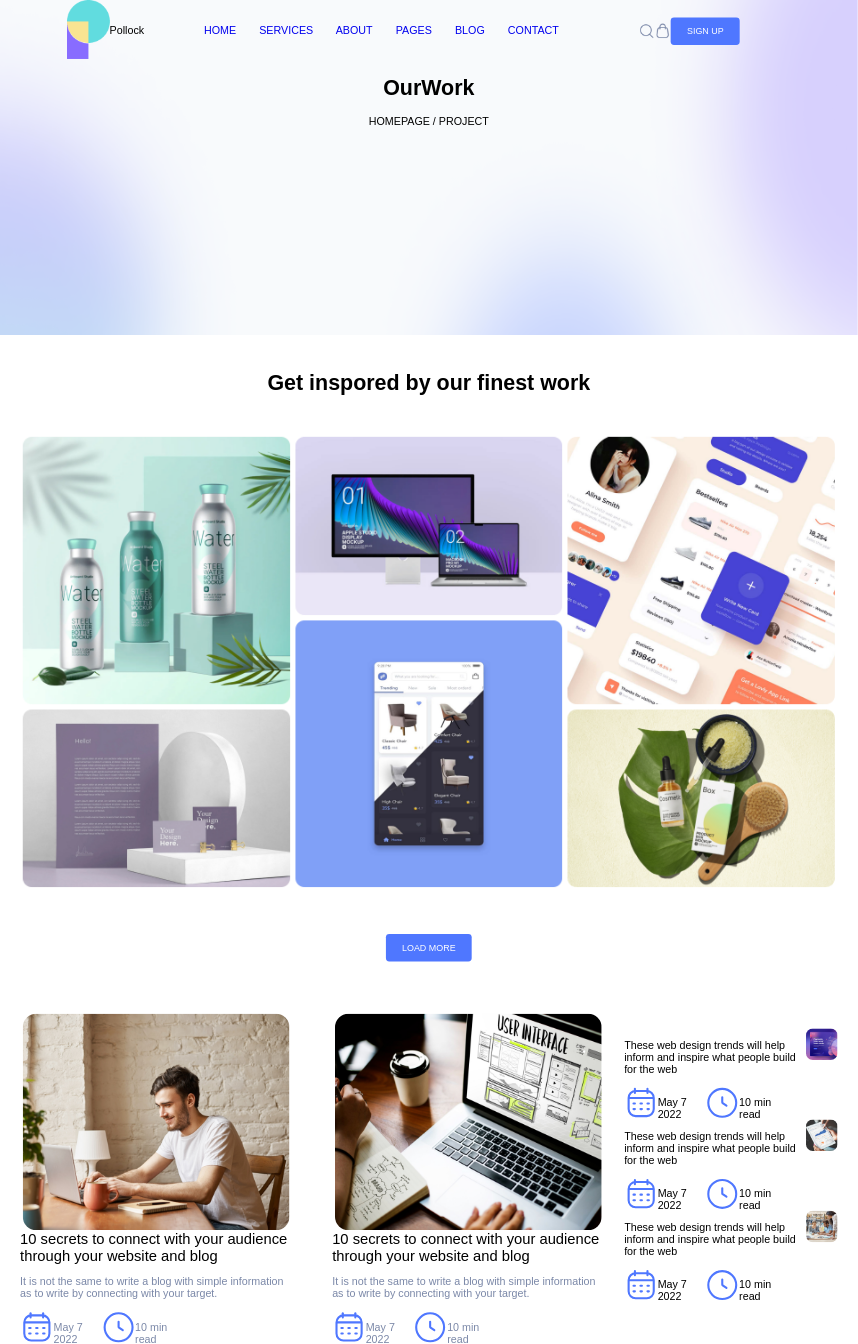
Repository: Nam936/exercises
Page: demo.html
An editor plug-in stored every save of this project. The page is shown before and after the next save, followed by the edit.
The browser window is 1280 px wide. The pictures show the whole page, at 67% of full size.

Above is the page before, as saved 2023-01-06 16:45:18.

After the next save:
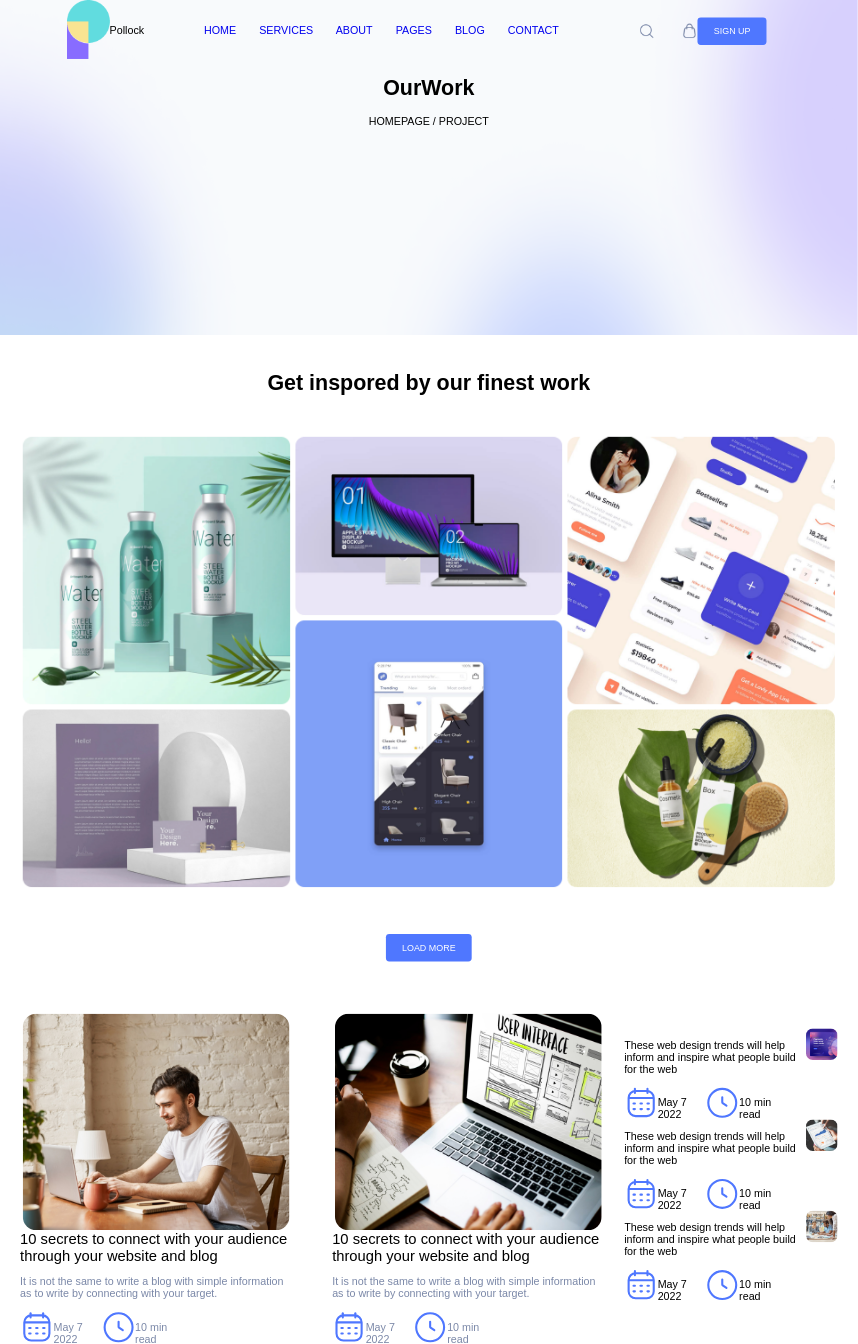
Saved 4 s later.
--- a/style2.css
+++ b/style2.css
@@ -146,7 +146,7 @@ button {
 }
 
 .cart{
-  margin: 0 10;
+  margin: 0 20px;
 }
 .cart,.search{
   width: 24px;
